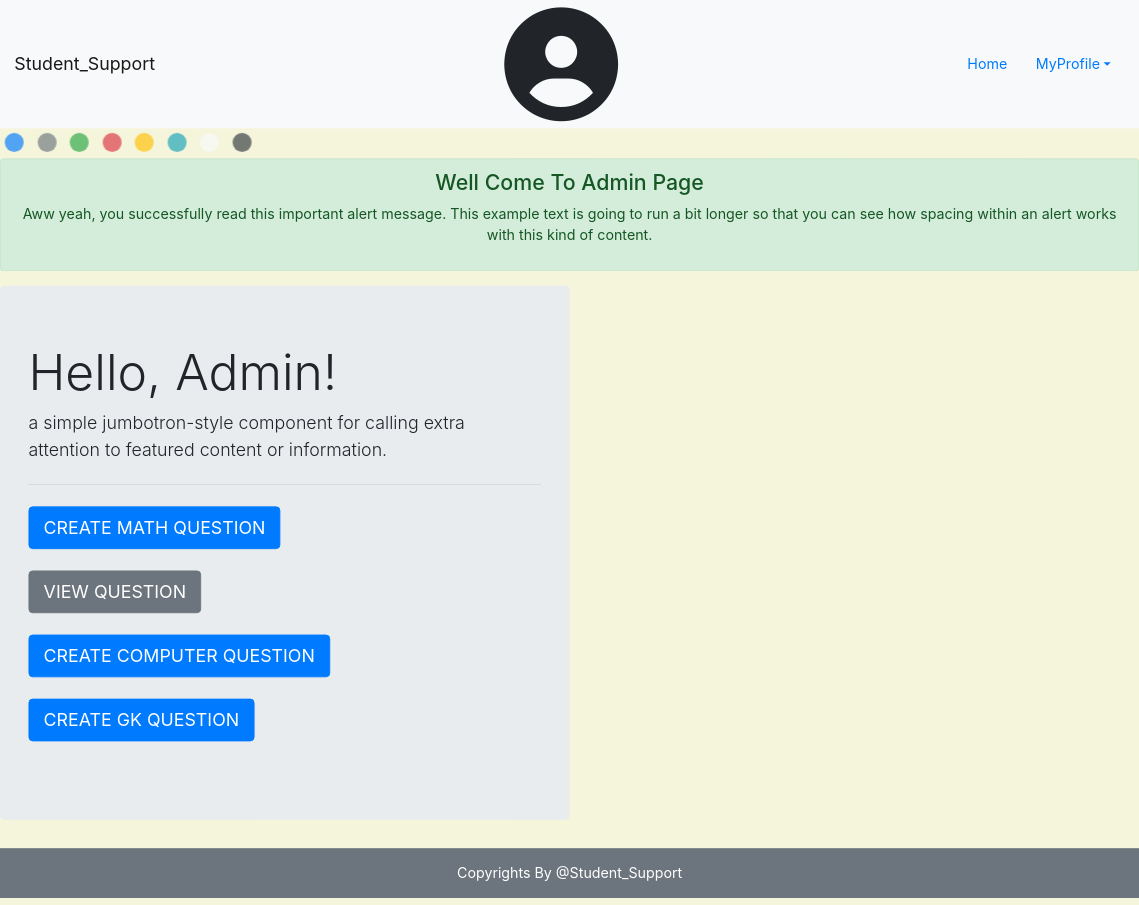
Repository: FeelHack/STUDENT-EXAMINATION-SYSTEM
Page: http://localhost/Exam_System/Admin/admin.jsp
The author's editor kept a copy of each file at every save. The page is drawn from the files as they stood at one save, then again after the next save.
The browser window is 1280 px wide. The pictures show the whole page, at 89% of full size.
Some web libraries are served in a nearby version. The page is served by Tomcat 9.

Above is the page before, as saved 2020-03-12 07:14:52.

After the next save:
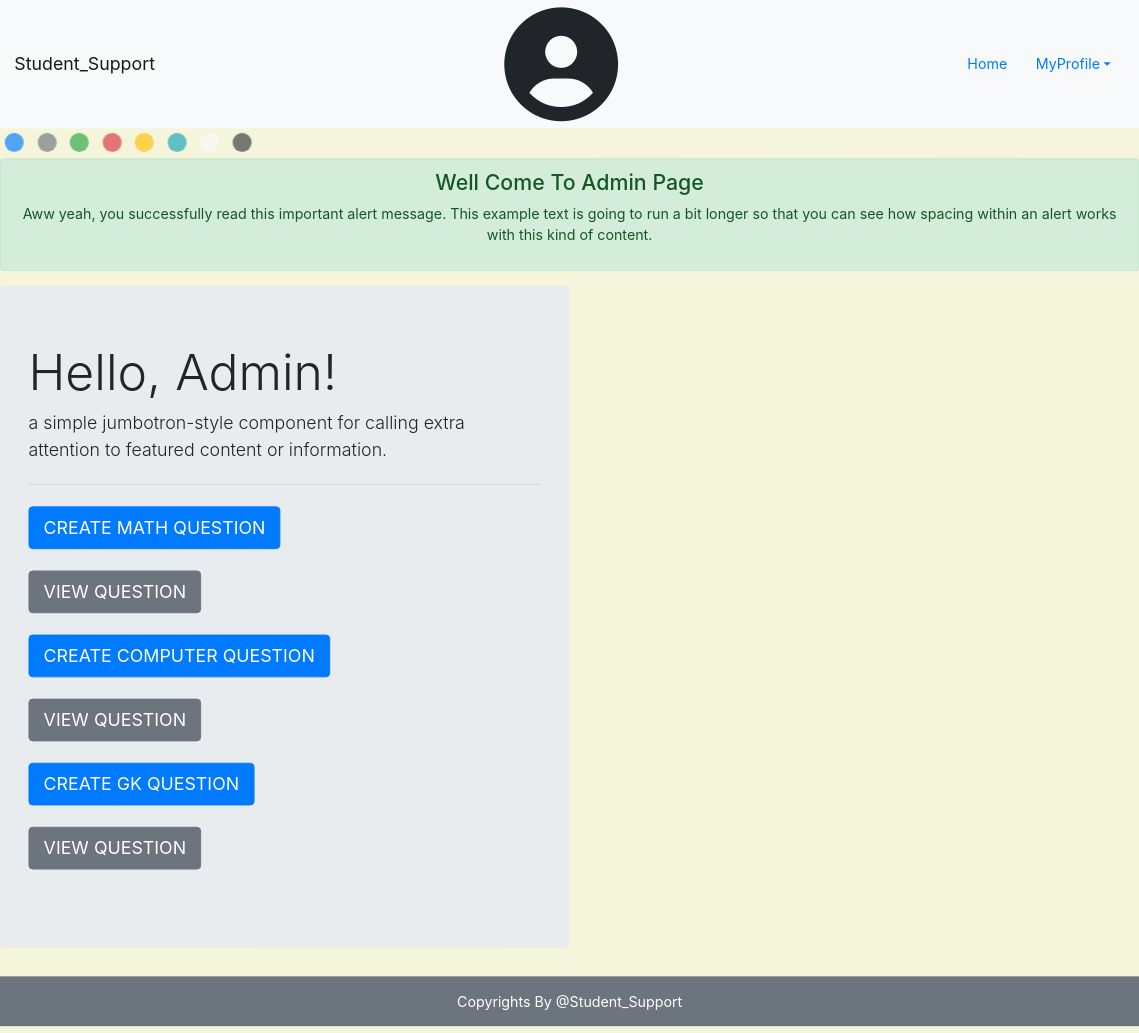
Saved 30 s later.
--- a/Exam System/WebContent/Admin/admin.jsp
+++ b/Exam System/WebContent/Admin/admin.jsp
@@ -84,7 +84,9 @@
     <a class="btn btn-primary btn-lg" href="Math.jsp" role="button" target="">CREATE MATH QUESTION</a><br><br>
     <a class="btn btn-secondary btn-lg" href="ViewQuestion.jsp" role="button">VIEW QUESTION</a><br><br>
     <a class="btn btn-primary btn-lg" href="Computer.jsp" role="button" target="">CREATE COMPUTER QUESTION</a><br><br>
+    <a class="btn btn-secondary btn-lg" href="ViewQuestion.jsp" role="button">VIEW QUESTION</a><br><br>
     <a class="btn btn-primary btn-lg" href="Gk.jsp" role="button" target="">CREATE GK QUESTION</a><br><br>
+    <a class="btn btn-secondary btn-lg" href="ViewQuestion.jsp" role="button">VIEW QUESTION</a><br><br>
 
   </div>
 
